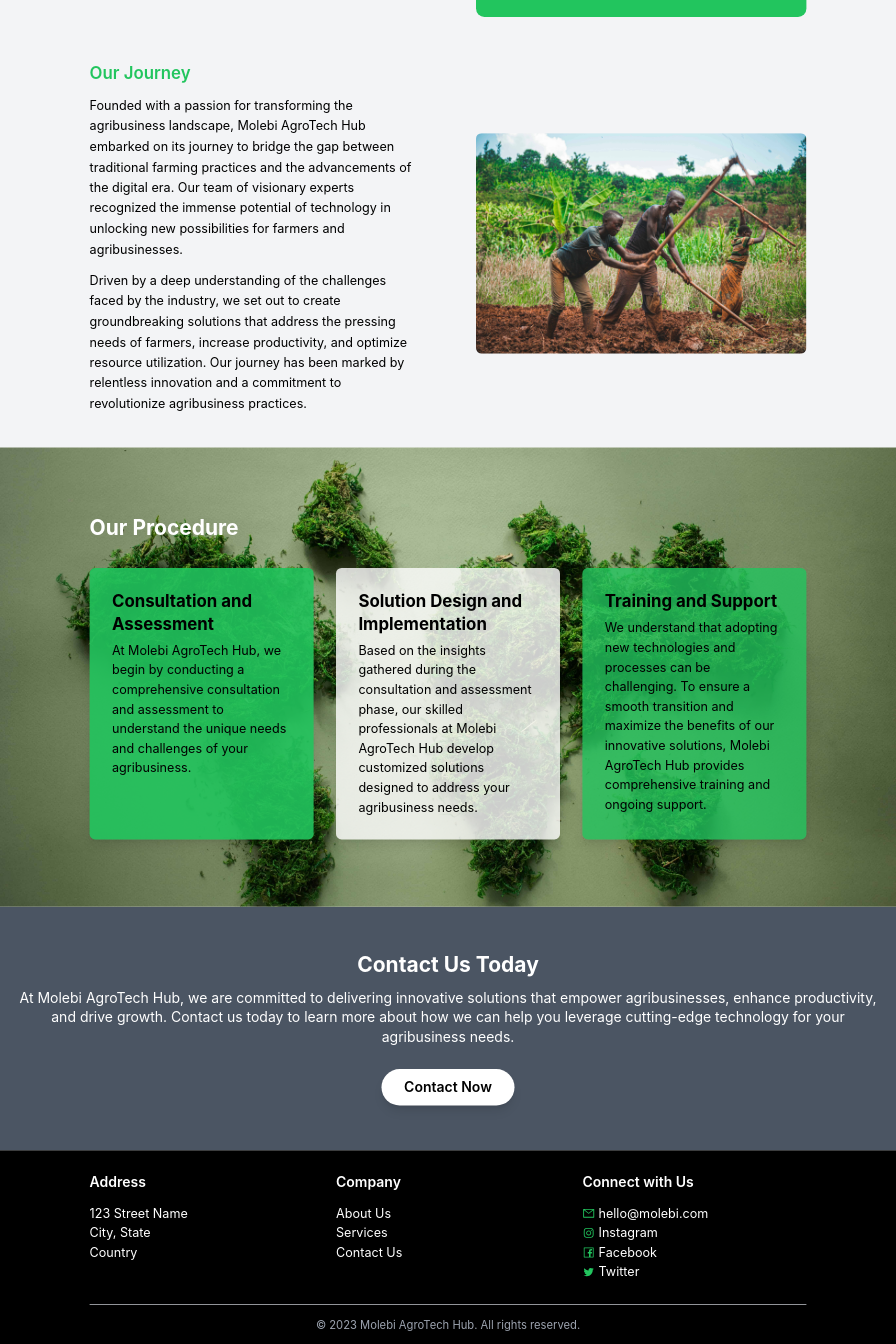
Repository: akinolapo/agric-tech
Page: /about
An editor plug-in stored every save of this project. The page is shown before and after a run of saves, followed by the edit.
The browser window is 1280 px wide. The pictures show the part of the page from y = 976 to 2896 px (the page is 2896 px tall), at 70% of full size.
The project was rebuilt for these pictures with package versions that can differ from the ones it lists, and the page was loaded fresh each time. Also part of the build but not shown: src/components/Hero.jsx, src/components/ImageText.jsx, src/components/TwoColumnMasonry.jsx, src/components/TwoColumnComponent.jsx, src/App.jsx.

Above is the page before, as saved 2023-05-28 20:44:41.

After the next 2 saves:
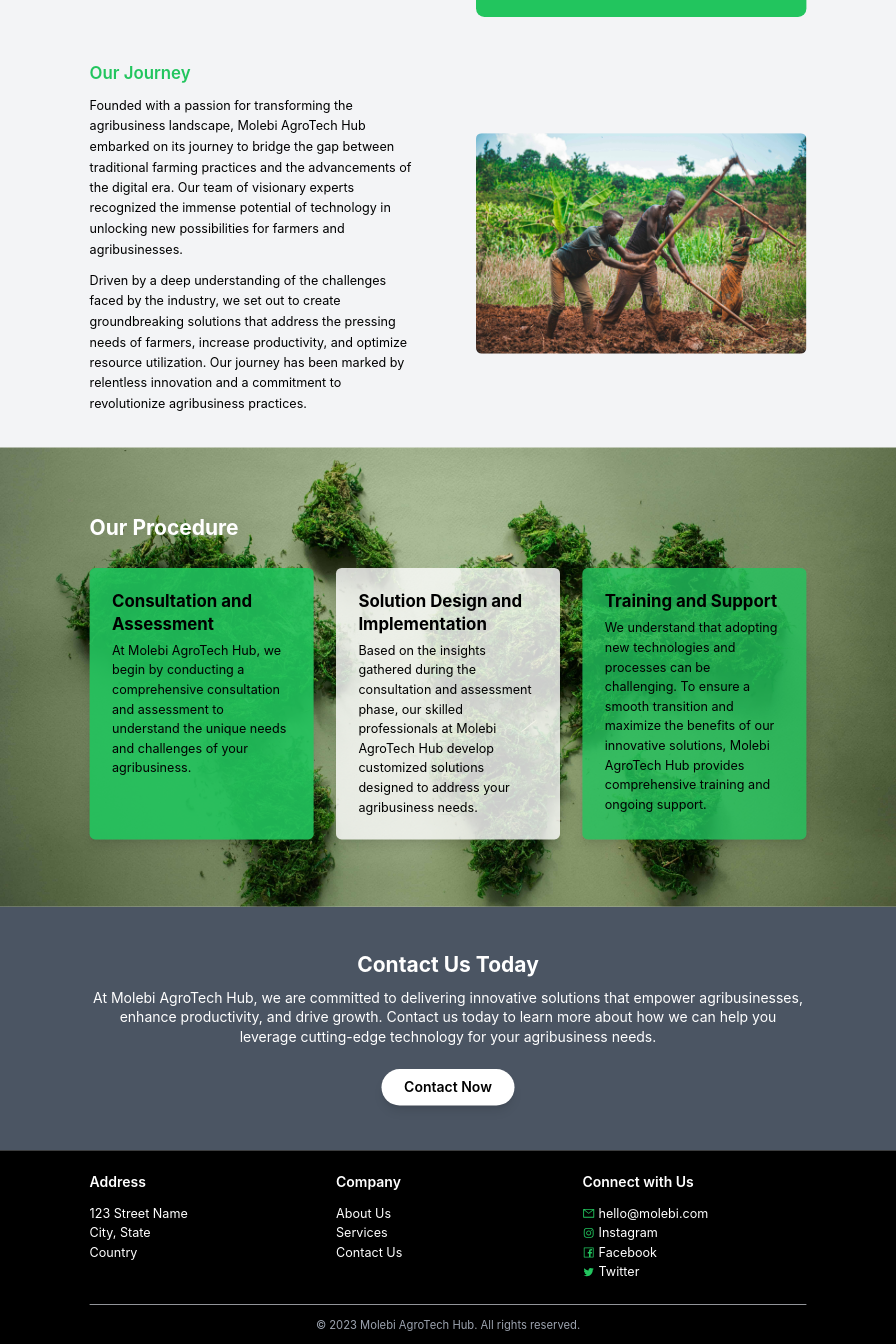
The 2 saves are shown as one change because they came seconds apart.
The last was saved 6 s later.
--- a/src/components/CTA.jsx
+++ b/src/components/CTA.jsx
@@ -2,7 +2,7 @@ import React from 'react';
 
 const CTA = () => {
   return (
-    <div className="text-white bg-gray-600 text-center py-8 px-4 sm:py-16">
+    <div className="text-white bg-gray-600 text-center py-8 px-5 sm:px-32 sm:py-16">
       <h3 className="text-3xl font-bold mb-4">Contact Us Today</h3>
       <p className="text-lg sm:text-xl mb-8">
       At Molebi AgroTech Hub, we are committed to delivering innovative solutions that empower agribusinesses, enhance productivity, and drive growth. Contact us today to learn more about how we can help you leverage cutting-edge technology for your agribusiness needs.
